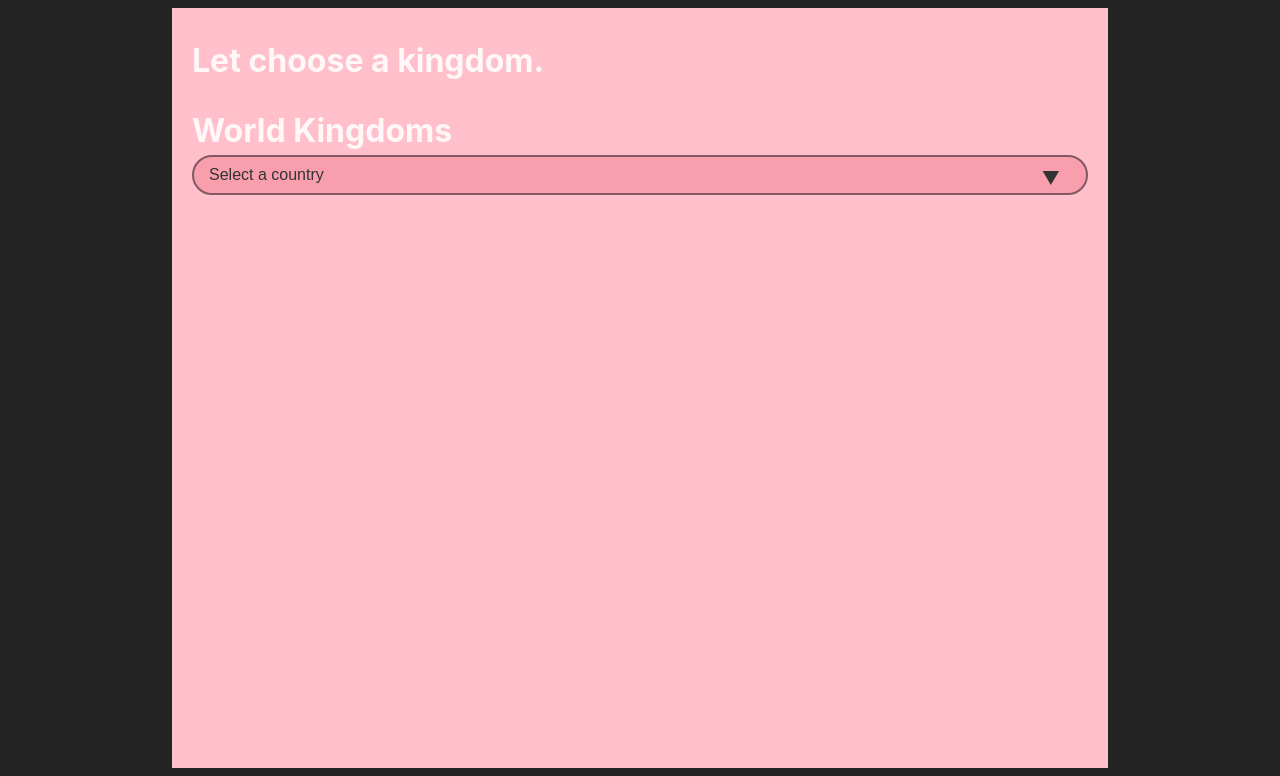
Repository: MonicaNguyenH/Lab-7_Frontend
Page: /countries
An editor plug-in stored every save of this project. The page is shown before and after the next save, followed by the edit.
The browser window is 1280 px wide. The pictures show the whole page.
The page's requests for data from a server got no answer. The project was rebuilt for these pictures with package versions that can differ from the ones it lists, and the page was loaded fresh each time. No one was signed in, and anything a server would have sent is missing. Also part of the build but not shown: vite.config.js, src/Details.jsx.

Above is the page before, as saved 2024-11-23 18:54:00.

### src/main.jsx
import React from 'react';
import ReactDOM from 'react-dom/client';
import App from './App';
import './index.css'; // Import your global CSS styles

ReactDOM.createRoot(document.getElementById('root')).render(
  <React.StrictMode>
    <App />
  </React.StrictMode>
);

### src/App.jsx
import { BrowserRouter as Router, Routes, Route } from 'react-router-dom';
import Countries from './Contries';
import Details from './Details';

export default function App() {
  return (
    <div className="container">
      <Router>
      <Routes>
        <Route
          path="/"
          element={
            <div className="contentBox">
              <h1>Welcome!</h1>
              <Countries />
            </div>
          }
        />
        <Route
          path="/countries"
          element={
            <div className="contentBox">
              <h1>Let choose a kingdom.</h1>
              <Countries />
            </div>
          }
        />
        <Route
          path="countries/:cca2"
          element={
            <div className="contentBox">
              <h1>Let choose a kingdom.</h1>
              <Details />
            </div>
          }
        />
      </Routes>
    </Router>
  </div>
  );
}

### src/index.css
:root {
  font-family: Inter, system-ui, Avenir, Helvetica, Arial, sans-serif;
  line-height: 1.5;
  font-weight: 400;

  color-scheme: light dark;
  color: rgba(255, 255, 255, 0.87);
  background-color: #242424;

  font-synthesis: none;
  text-rendering: optimizeLegibility;
  -webkit-font-smoothing: antialiased;
  -moz-osx-font-smoothing: grayscale;
}

h1 {
  margin-bottom: 0;
  padding-bottom: 0;
}

.contentBox {
  display: flex;
  flex-direction: column;
  align-content: flex-start;
  align-items: flex-start;
  justify-content: center;
  position: absolute;
  top: 1rem;
  margin: 0 auto;
}

.container {
  width: 70vw;
  min-height: 100vh;
  margin: auto;
  background-color: pink;
  display: flex;
  justify-content: center;
  flex-direction: column;
  align-content: flex-start;
  align-items: flex-start;
  align-self: start;
  padding: 20px;
}

.box,
.info {
  display: flex;
  justify-content: center;
  flex-direction: column;
  position: relative; /* To position the custom arrow inside the select */
  width: 60vw; /* Matches the width of the select */
  margin: auto;
  align-content: flex-start;
  align-items: flex-start;
  align-self: start;
}

select {
  appearance: none; /* Remove default dropdown arrow */
  -webkit-appearance: none; /* Safari support */
  -moz-appearance: none; /* Firefox support */
  background-color: rgb(248, 158, 173); /* Background color */
  border: 2px solid #815863; /* Border color */
  border-radius: 20px; /* Rounded corners */
  padding: 5px; /* Padding inside the dropdown */
  font-size: 16px; /* Font size */
  color: #333; /* Font color */
  width: 70vw; /* Width of the dropdown */
  height: 40px;
  cursor: pointer; /* Change cursor to pointer */
  margin: auto;
  align-items: center;
  padding-left: 15px;
}

.box::after {
  content: "▼"; /* Custom dropdown arrow */
  position: absolute;
  right: -13%; /* Position arrow to the right */
  top: 85%; /* Center vertically */
  transform: translateY(-50%); /* Adjust for perfect centering */
  pointer-events: none; /* Make sure the arrow does not block clicks */
  color: #333; /* Arrow color */
  font-size: 18px; /* Adjust arrow size */
}

select:focus {
  outline: none; /* Remove default focus outline */
  border-color: #b03866; /* Focus border color */
  box-shadow: 0 0 5px rgba(0, 123, 255, 0.5); /* Optional focus shadow */
}

option {
  font-size: 16px;
}

p {
  color: rgb(162, 57, 90);
  font-family: 'Lucida Sans', 'Lucida Sans Regular', 'Lucida Grande', 'Lucida Sans Unicode', Geneva, Verdana, sans-serif;
}

### src/Contries.jsx
import { useState, useEffect } from "react";
import { useNavigate, Outlet } from "react-router-dom";

export default function Countries() {
  const [countries, setCountries] = useState([]);
  const [selectedCountry, setSelectedCountry] = useState("");
  const navigate = useNavigate();

  useEffect(() => {
    fetch("https://restcountries.com/v3.1/name/kingdom")
      .then((response) => {
        if (!response.ok) {
          throw new Error("Network response was not ok");
        }
        return response.json();
      })
      .then((data) => setCountries(data))
      .catch((error) => console.error("Error fetching countries:", error));
  }, []);

  const handleCountrySelect = (e) => {
    const value = e.target.value;

    // Handle navigation based on selection
    if (value === "") {
      navigate("/countries"); // Navigate to /countries page
    } else {
      const selected = countries.find((country) => country.cca2 === value);
      if (selected) {
        setSelectedCountry(selected);
        navigate(`/countries/${selected.cca2}`, { state: { data: selected } });
      }
    }
  };

  return (
    <div className="box">
      <h1 className="title">World Kingdoms</h1>
      <select onChange={handleCountrySelect} value={selectedCountry?.cca2 || ""}>
        {/* Default option to navigate to /countries */}
        <option value="">Select a country</option>
        {/* Dynamically populate dropdown with country data */}
        {countries.map((country) => (
          <option key={country.cca2} value={country.cca2}>
            {country.name.common}
          </option>
        ))}
      </select>
      <Outlet />
    </div>
  );
}

Loaded but not shown: index.html (common file)

After the next save:
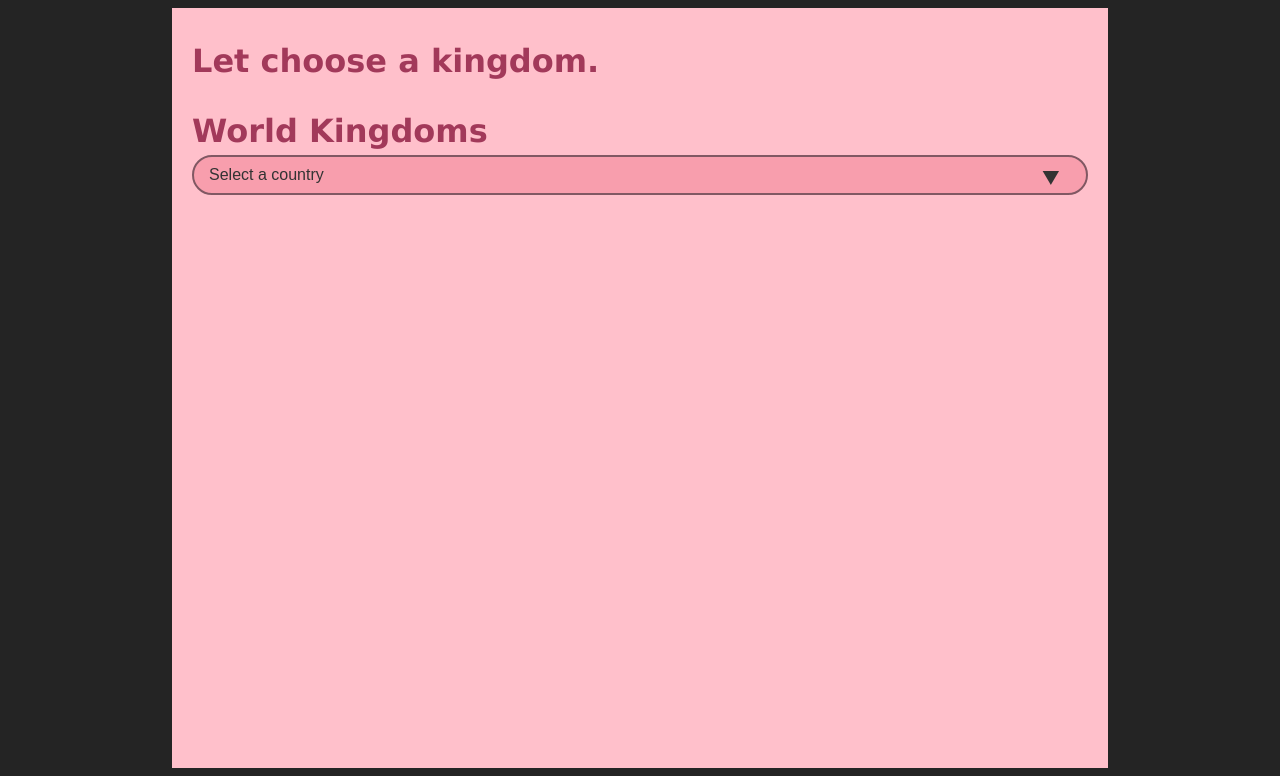
Saved 17 s later.
--- a/src/index.css
+++ b/src/index.css
@@ -95,7 +95,10 @@ option {
   font-size: 16px;
 }
 
-p {
+p,
+h1,
+h2,
+h3 {
   color: rgb(162, 57, 90);
   font-family: 'Lucida Sans', 'Lucida Sans Regular', 'Lucida Grande', 'Lucida Sans Unicode', Geneva, Verdana, sans-serif;
 }
